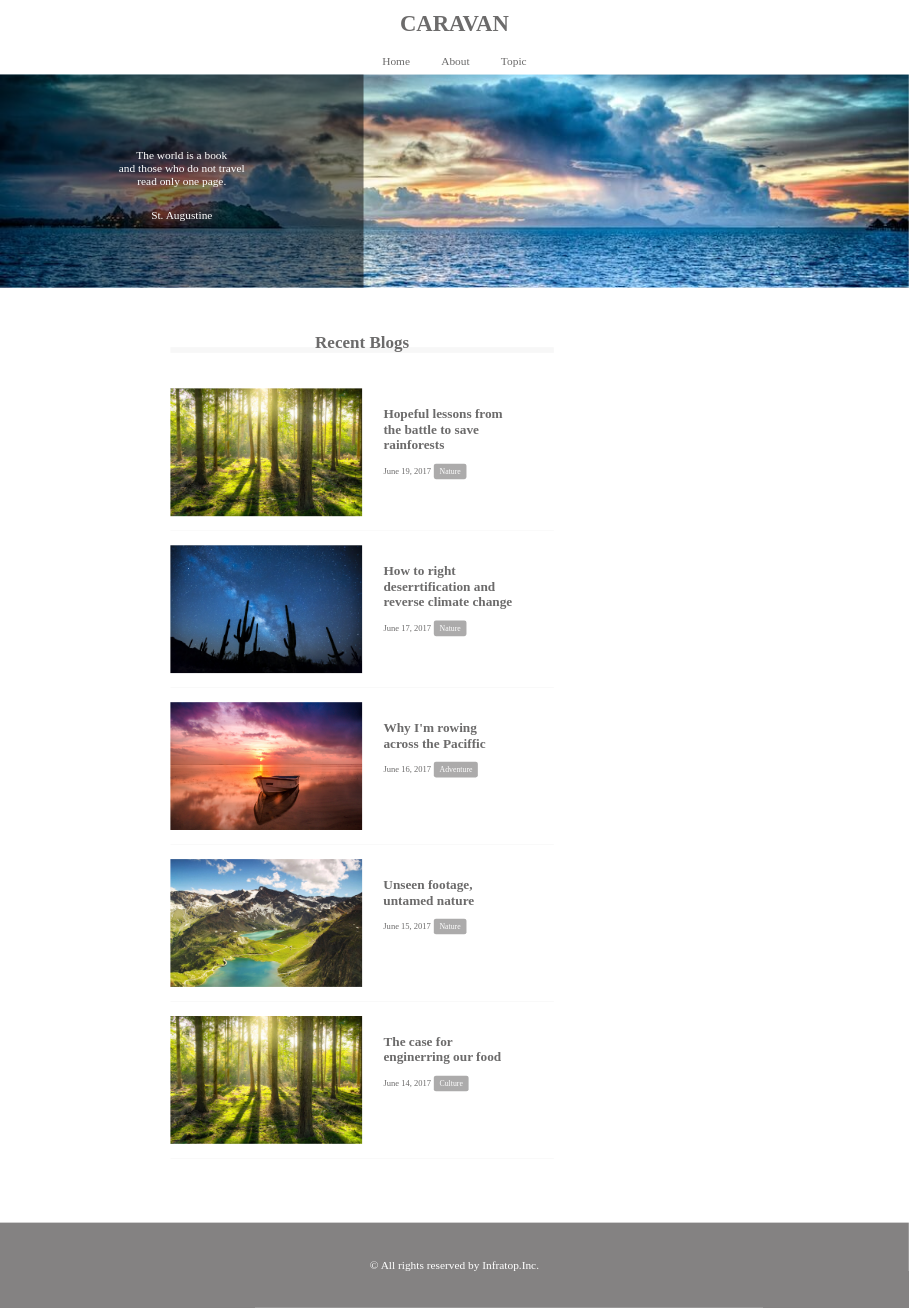
Repository: RAM-OK/git-practice
Page: caravan/index.html
The author's editor kept a record of every edit. The page is drawn from the files as they stood at one moment, then again after the next edit.
The browser window is 1280 px wide. The pictures show the whole page, at 71% of full size.

Above is the page before.

### caravan/index.html
<!DOCTYPE html>
<html lang="ja">
  <head>
    <meta charset="UTF-8" />
    <!-- CSSファイルの読み込み -->
    <link rel="stylesheet" href="style.css" />
    <title>CARAVAN</title>
  </head>

  <body>
    <!-- header -->
    <header>
      <h1 class="heading">
        <a href="index.html">
          CARAVAN
        </a>
      </h1>
    </header>

    <!-- navigation -->
    <nav>
      <ul class="nav-list">
        <li class="nav-list-item">
          <a href="index.html">Home</a>
        </li>
        <li class="nav-list-item">About</li>
        <li class="nav-list-item">Topic</li>
        </ul>
    </nav>

    <!-- main-visual用のdiv -->
    <div class="main-visual">
      <div class="main-visual-content">
    <p class="main-visual-text">
      The world is a book<br />
      and those who do not travel<br />
      read only one page.
    </p>
    <p class="main-visual-name">
      St. Augustine
    </p>
    　</div>
    </div>

    <!-- main用のdiv -->
    <main>
      <section class="blog">
        <h2 class="blog-heading">Recent Blogs</h2>
        <div class="blog-box">
        <div class="blog-item">
          <img class="blog-image" src="img/forest.jpg">
          <section class="blog-text">
            <h3 class="blog-text-heading">
              <a href="single.html">
                Hopeful lessons from<br />
                the battle to save<br />
                rainforests
              </a>
            </h3>
            <p class="blog-date">June 19, 2017</p>
            <span class="category">Nature</span>
          </section>
        </div>
        <div class="blog-item">
          <img class="blog-image" src="img/desert.jpg">
          <section class="blog-text">
            <h3 class="blog-text-heading">
              <a href="single.html">
                How to right<br />
                deserrtification and<br />
                reverse climate change
              </a>
            </h3>
            <p class="blog-date">June 17, 2017</p>
            <span class="category">Nature</span>
          </section>
        </div>
        <div class="blog-item">
          <img class="blog-image" src="img/sunset.jpg">
          <section class="blog-text">
            <h3 class="blog-text-heading">
              <a href="single.html">
                Why I'm rowing<br />
                across the Paciffic<br />
              </a>
            </h3>
            <p class="blog-date">June 16, 2017</p>
            <span class="category">Adventure</span>
          </section>
        </div>
        <div class="blog-item">
          <img class="blog-image" src="img/italy.jpg">
          <section class="blog-text">
            <h3 class="blog-text-heading">
              <a href="single.html">
                Unseen footage,<br />
                untamed nature
              </a>
            </h3>
            <p class="blog-date">June 15, 2017</p>
            <span class="category">Nature</span>
          </section>
        </div>
        <div class="blog-item">
          <img class="blog-image" src="img/forest.jpg">
          <section class="blog-text">
            <h3 class="blog-text-heading">
              <a href="single.html">
                The case for<br />
                enginerring our food
              </a>
            </h3>
            <p class="blog-date">June 14, 2017</p>
            <span class="category">Culture</span>
          </section>
        </div>
        </div>
       </div>
      </section>
      <div class="sidebar"></div>
    </main>

    <!-- footer -->
    <footer>
      <p class="footer-text">︎© All rights reserved by Infratop.Inc. </p>
    </footer>
  </body>
</html>

### caravan/style.css
/* ブラウザがそれぞれ持っているCSSをリセットするための記述 */
* {
  margin: 0;
  padding: 0;
  box-sizing: border-box;
  color: #6c6b6b;
}

a {
  text-decoration: none;
}

header {
  width: 90%; /* 横幅90% */
  padding: 15px 0;
  margin: 0 auto;
  text-align: center;
}

header .heading { /* headerタグ内のheadingクラスにのみ反映される */
 font-size: 32px;
}

.nav-list {
  text-align: center;
  padding: 10px 0;
  margin: 0 auto;
}

.nav-list-item {
  list-style: none;
  display: inline-block;
  margin: 0 20px;
}

.main-visual {
  width: 100%; /* 横幅いっぱい */
  height: 300px; /* 高さ300px */
  background-image: url(img/mv.jpg);
  background-size: cover; /* 縦横比を維持したまま背景領域を埋め尽くす */
  background-position: center; /* 背景画像を中央に配置 */
}

.main-visual-content {
  width: 40%; /* 横幅40% */
  height: 300px; /* 親の高さに揃える */
  background-color: rgba(0,0,0,0.5); /* 背景色を半透明の黒にする */
  text-align: center; /* 文字を中央揃えにする */
  padding-top: 105px; /* 上側の内側余白で垂直方向の位置を調整 */
}

.main-visual-text {
  color: #fff; /* 文字色を白に変更 */
}

.main-visual-name {
  margin-top: 30px; /* 上側の外側の余白 */
  color: #fff; /* 文字色を白に変更 */
}

main {
 width: 800px; /* 横幅800px */
 display: flex; /* Flexboxの利用 */
 justify-content: center; /* 要素横並び・中央寄せ */
 margin: 0 auto; /* 要素の中央揃え */
 padding: 70px 0; /* 上下に70px、左右に0pxの余白 */
}

.blog {
  width: 540px;
  margin-right: 30px; /* 領域の右側余白 */
}

.blog-heading {
  border-bottom: 8px solid #f7f7f7;
  text-align: center;
  line-height: 0.6;
}

.blog-box {
  padding-top: 50px;
}

.blog-item {
  padding-bottom: 20px;
  margin-bottom: 20px;
  border-bottom: 1px solid #f7f7f7;
  display: flex;
  justify-content: flex-start;
}

.blog-image {
  height: 180px;
}

.blog-text {
  padding: 25px 0 0 30px;
}

.blog-text-heading {
  padding-bottom: 15px;
}

.blog-date {
  font-size: 12px;
  display: inline-block;
}

.category {
  display: inline-block;
  padding: 5px 8px;
  background-color: #acabab;
  border-radius: 3px;
  color: #fff;
  font-size: 11px;
}

.sidebar {
  width: 230px;
}

footer {
  width: 100%;
  height: 120px;
  text-align: center;
  line-height: 120px;
  background-color: #848282;
}

.footer-text {
  color: #fff;
}

After the next edit:
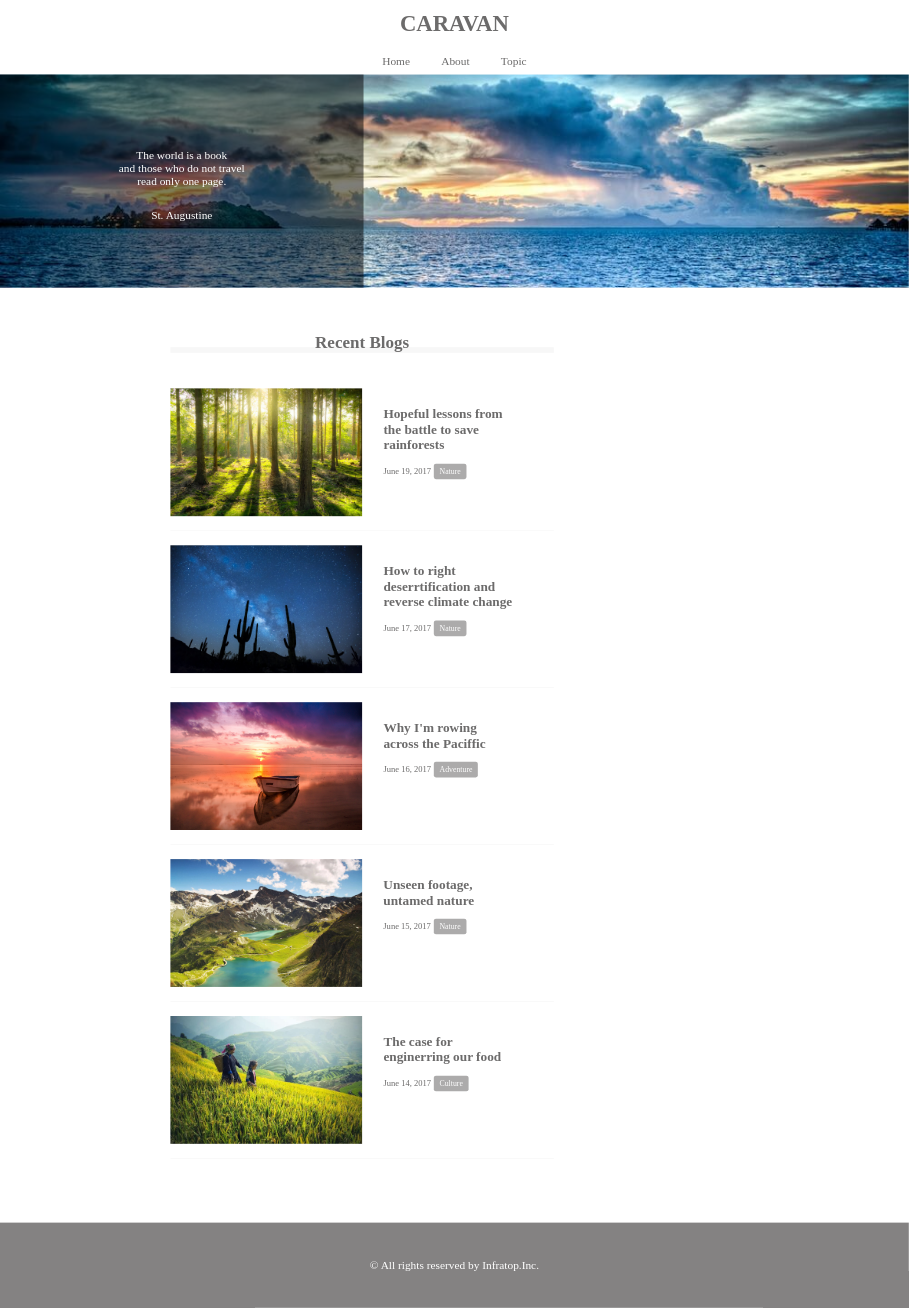
The edit:
--- a/caravan/index.html
+++ b/caravan/index.html
@@ -102,7 +102,7 @@
           </section>
         </div>
         <div class="blog-item">
-          <img class="blog-image" src="img/forest.jpg">
+          <img class="blog-image" src="img/asia.jpg">
           <section class="blog-text">
             <h3 class="blog-text-heading">
               <a href="single.html">
